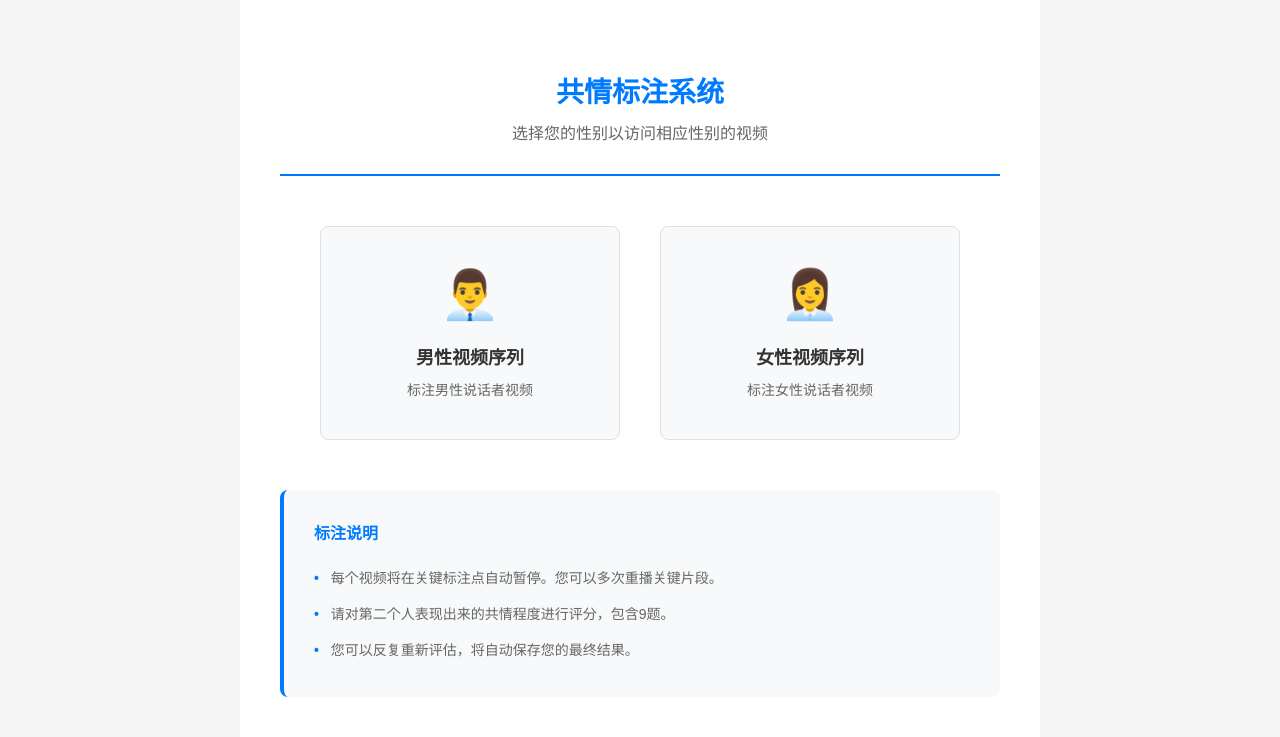
Repository: Matsuyou-Wang/MPES-system
Page: gender-selection.html
The author's editor kept a copy of each file at every save. The page is drawn from the files as they stood at one save, then again after the next save.
The browser window is 1280 px wide. The pictures show the whole page.

Above is the page before, as saved 2025-11-25 10:15:34.

### gender-selection.html
<!DOCTYPE html>
<html lang="en">
<head>
    <meta charset="UTF-8">
    <meta name="viewport" content="width=device-width, initial-scale=1.0">
    <title>共情标注系统 - 性别选择</title>
    <link rel="stylesheet" href="styles.css">
    <style>
        .gender-selection-container {
            max-width: 800px;
            margin: 0 auto;
            padding: 40px;
            background: white;
            min-height: 100vh;
        }

        .header {
            text-align: center;
            margin-bottom: 50px;
            padding: 30px 0;
            border-bottom: 2px solid #007bff;
        }

        .header h1 {
            font-size: 28px;
            color: #007bff;
            margin-bottom: 10px;
            font-weight: 600;
        }

        .header .subtitle {
            font-size: 16px;
            color: #666;
        }

        .gender-options {
            display: flex;
            gap: 40px;
            justify-content: center;
            margin: 40px 0;
            flex-wrap: wrap;
        }

        .gender-option {
            background: #f8f9fa;
            border: 1px solid #e0e0e0;
            border-radius: 8px;
            padding: 40px 30px;
            cursor: pointer;
            transition: all 0.3s ease;
            min-width: 250px;
            flex: 1;
            max-width: 300px;
            text-align: center;
        }

        .gender-option:hover {
            background-color: #e3f2fd;
            border-color: #007bff;
            transform: translateY(-3px);
            box-shadow: 0 4px 12px rgba(0, 123, 255, 0.15);
        }

        .gender-icon {
            font-size: 3em;
            margin-bottom: 20px;
            display: block;
            color: #666;
        }

        .gender-option:hover .gender-icon {
            color: #007bff;
        }

        .gender-title {
            font-size: 18px;
            font-weight: 600;
            margin-bottom: 10px;
            color: #333;
        }

        .gender-description {
            font-size: 14px;
            color: #666;
        }

        .info-section {
            margin-top: 50px;
            padding: 30px;
            background: #f8f9fa;
            border-radius: 8px;
            border-left: 4px solid #007bff;
        }

        .info-section h3 {
            font-size: 16px;
            color: #007bff;
            margin-bottom: 15px;
        }

        .info-section ul {
            list-style: none;
            padding: 0;
        }

        .info-section li {
            padding: 8px 0;
            font-size: 14px;
            color: #666;
        }

        .info-section li:before {
            content: "• ";
            color: #007bff;
            font-weight: bold;
            margin-right: 8px;
        }
    </style>
</head>
<body>
    <div class="gender-selection-container">
        <div class="header">
            <h1>共情标注系统</h1>
            <p class="subtitle">选择您的性别以访问相应性别的视频</p>
        </div>

        <div class="gender-options">
            <div class="gender-option male" id="maleOption">
                <span class="gender-icon">👨‍💼</span>
                <div class="gender-title">男性视频序列</div>
                <div class="gender-description">标注男性说话者视频</div>
            </div>

            <div class="gender-option female" id="femaleOption">
                <span class="gender-icon">👩‍💼</span>
                <div class="gender-title">女性视频序列</div>
                <div class="gender-description">标注女性说话者视频</div>
            </div>
        </div>

        <div class="info-section">
            <h3>标注说明</h3>
            <ul>
                <li>每个视频将在关键标注点自动暂停。您可以多次重播关键片段。</li>
                <li>请对第二个人表现出来的共情程度进行评分，包含9题。</li>
                <li>您可以反复重新评估，将自动保存您的最终结果。</li>
            </ul>
        </div>
    </div>

    <script>
        function selectGender(gender) {
            console.log('正在选择性别:', gender);
            try {
                // 存储选择的性别到 localStorage
                localStorage.setItem('selectedGender', gender);
                console.log('已保存到 localStorage:', gender);

                // 跳转到主注释界面
                const targetUrl = 'annotation.html?gender=' + gender;
                console.log('跳转到:', targetUrl);
                window.location.href = targetUrl;
            } catch (error) {
                console.error('选择性别时出错:', error);
                alert('选择性别时出错，请重试');
            }
        }

        // 等待页面加载完成
        document.addEventListener('DOMContentLoaded', function() {
            console.log('页面加载完成，绑定事件监听器');

            // 获取性别选项元素
            const maleOption = document.getElementById('maleOption');
            const femaleOption = document.getElementById('femaleOption');

            if (maleOption) {
                maleOption.addEventListener('click', function(e) {
                    console.log('点击了男性选项');
                    e.preventDefault();
                    selectGender('male');
                });
                console.log('男性选项事件监听器已绑定');
            } else {
                console.error('找不到男性选项元素');
            }

            if (femaleOption) {
                femaleOption.addEventListener('click', function(e) {
                    console.log('点击了女性选项');
                    e.preventDefault();
                    selectGender('female');
                });
                console.log('女性选项事件监听器已绑定');
            } else {
                console.error('找不到女性选项元素');
            }
        });
    </script>
</body>
</html>

Loaded but not shown: styles.css (1356 lines, source omitted)

After the next save:
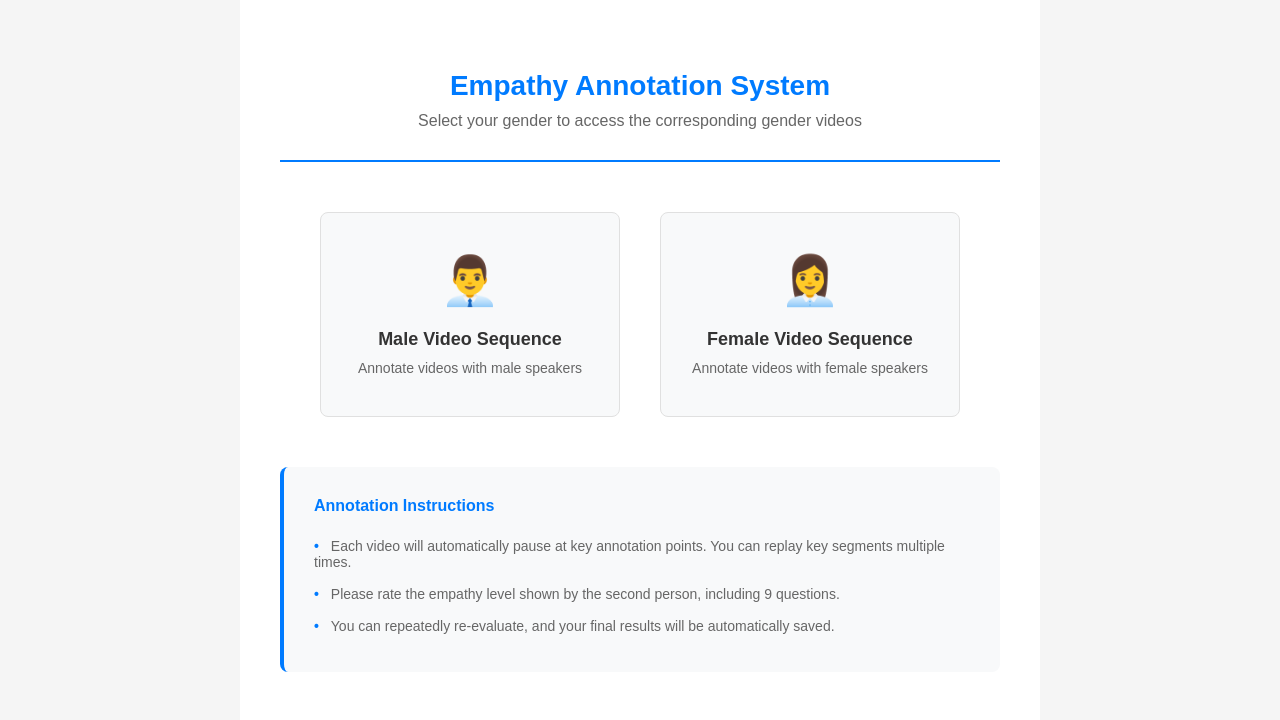
Saved 53 s later.
--- a/gender-selection.html
+++ b/gender-selection.html
@@ -3,7 +3,7 @@
 <head>
     <meta charset="UTF-8">
     <meta name="viewport" content="width=device-width, initial-scale=1.0">
-    <title>共情标注系统 - 性别选择</title>
+    <title>Empathy Annotation System - Gender Selection</title>
     <link rel="stylesheet" href="styles.css">
     <style>
         .gender-selection-container {
@@ -120,30 +120,30 @@
 <body>
     <div class="gender-selection-container">
         <div class="header">
-            <h1>共情标注系统</h1>
-            <p class="subtitle">选择您的性别以访问相应性别的视频</p>
+            <h1>Empathy Annotation System</h1>
+            <p class="subtitle">Select your gender to access the corresponding gender videos</p>
         </div>
 
         <div class="gender-options">
             <div class="gender-option male" id="maleOption">
                 <span class="gender-icon">👨‍💼</span>
-                <div class="gender-title">男性视频序列</div>
-                <div class="gender-description">标注男性说话者视频</div>
+                <div class="gender-title">Male Video Sequence</div>
+                <div class="gender-description">Annotate videos with male speakers</div>
             </div>
 
             <div class="gender-option female" id="femaleOption">
                 <span class="gender-icon">👩‍💼</span>
-                <div class="gender-title">女性视频序列</div>
-                <div class="gender-description">标注女性说话者视频</div>
+                <div class="gender-title">Female Video Sequence</div>
+                <div class="gender-description">Annotate videos with female speakers</div>
             </div>
         </div>
 
         <div class="info-section">
-            <h3>标注说明</h3>
+            <h3>Annotation Instructions</h3>
             <ul>
-                <li>每个视频将在关键标注点自动暂停。您可以多次重播关键片段。</li>
-                <li>请对第二个人表现出来的共情程度进行评分，包含9题。</li>
-                <li>您可以反复重新评估，将自动保存您的最终结果。</li>
+                <li>Each video will automatically pause at key annotation points. You can replay key segments multiple times.</li>
+                <li>Please rate the empathy level shown by the second person, including 9 questions.</li>
+                <li>You can repeatedly re-evaluate, and your final results will be automatically saved.</li>
             </ul>
         </div>
     </div>
